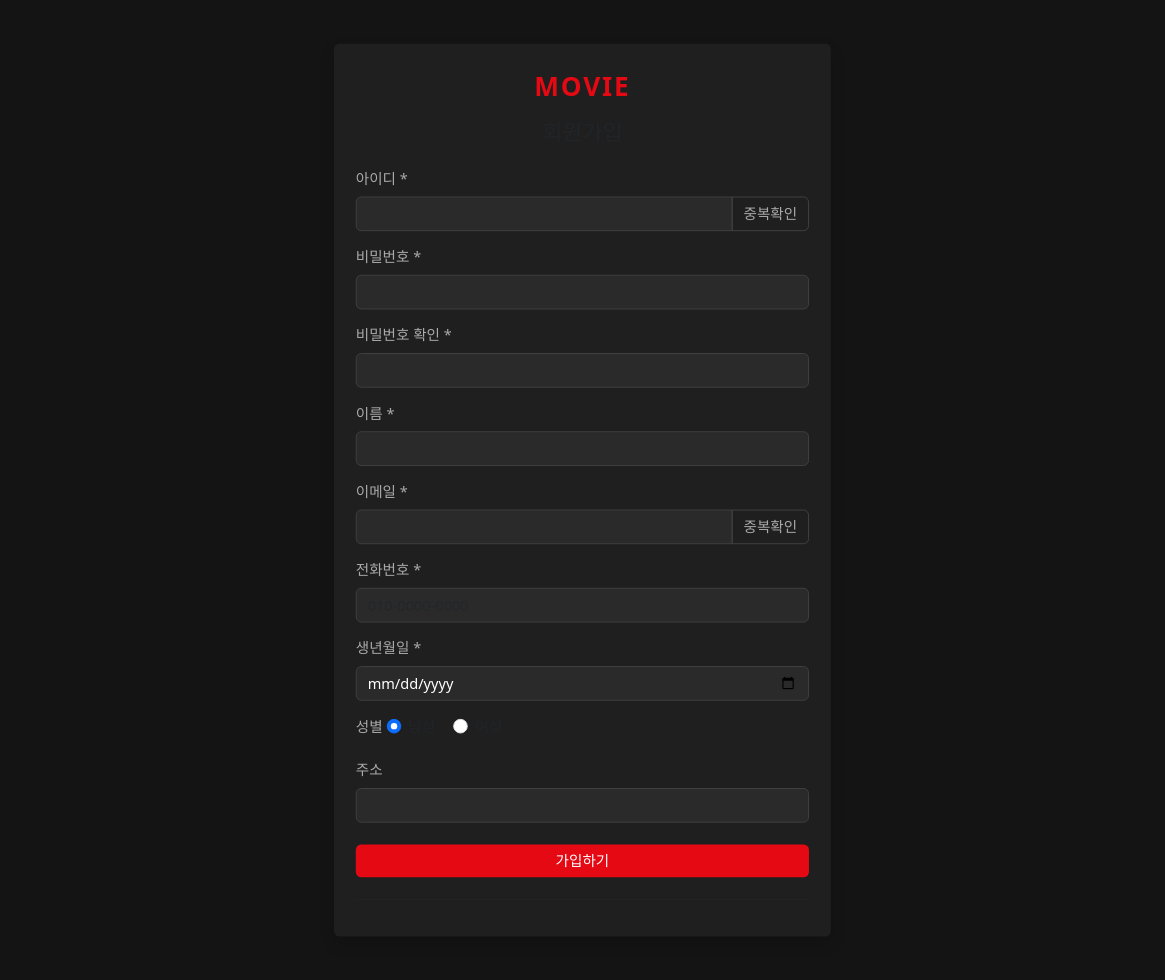
Repository: Se-Jong-Park/InsideReview
Page: http://localhost/moviejoin/WEB-INF/views/user/form.jsp
These files come from the project's save history. The page is drawn as it stood at one moment and after the next save; the edit follows.
The browser window is 1280 px wide. The pictures show the whole page, at 91% of full size.
The page is served by Tomcat 9. Nobody is signed in. Other server files are loaded and not shown. The template is opened directly, without the code that normally fills it, so the values that code supplies are empty.

Above is the page before, as saved 2026-03-18 16:14:19.

### moviejoin/src/main/webapp/WEB-INF/views/user/form.jsp
<%@ page language="java" contentType="text/html; charset=UTF-8" pageEncoding="UTF-8"%>
<%@ taglib prefix="c" uri="http://java.sun.com/jsp/jstl/core" %>
<!DOCTYPE html>
<html>
<head>
<meta charset="UTF-8">
<title>회원가입</title>
<link rel="stylesheet" href="https://cdn.jsdelivr.net/npm/bootstrap@5.3.0/dist/css/bootstrap.min.css">
<style>
    body {background-color:#141414; color: white; }
    .card {background-color: #1f1f1f; border: none;}
    .form-control{
        background-color: #2a2a2a;
        border: 1px solid #444;
        color: white;
    }
    .form-control:focus {
        background-color: #2a2a2a;
        border-color: #E50914;
        color: white;
        box-shadow: none;
    }
    .form-label{color: #aaa;}
    .btn-netflix{
        background-color: #E50914;
        color: white;
        border: none;
    }
    .btn-netflix:hover{background-color: #b20710; color: white;} /* 오타 수정: backround -> background */
    .btn-outline-gray{
        background-color: transparent;
        border: 1px solid #444;
        color: #aaa;
    }
    .btn-outline-gray:hover{background-color: #2a2a2a; color: white;} /* 오타 수정: btn. -> .btn- */
    .logo{color: #E50914; font-size: 1.8rem; font-weight: bold; letter-spacing: 2px;}
    a{color: #E50914; text-decoration: none;}
    a:hover {color: #b20710;}
    small{color:#888;}
</style>
</head>
<body>

<div class="container py-5">
    <div class="row justify-content-center">
        <div class="col-md-6">
            <div class="card shadow p-4"> <div class="text-center mb-3">
                    <span class="logo">MOVIE</span>
                </div>
                <h4 class="text-center mb-4">회원가입</h4>

                <c:if test="${not empty msg}">
                    <div class="alert alert-danger">${msg}</div>
                </c:if>

                <form action="join" method="post"> <div class="mb-3">
                    <label class="form-label">아이디 *</label>
                    <div class="input-group">
                        <input type="text" name="uid" id="uid" class="form-control" maxlength="15" required>
                        <button type="button" class="btn btn-outline-gray" onclick="IdCheck()">중복확인</button>
                    </div>
                    <small id="idMsg"></small>
                </div>

                <div class="mb-3">
                    <label class="form-label">비밀번호 *</label>
                    <input type="password" name="upw" id="upw" class="form-control" required>
                </div>

                <div class="mb-3">
                    <label class="form-label">비밀번호 확인 *</label>
                    <input type="password" id="upwConfirm" class="form-control" required>
                </div>

                <div class="mb-3">
                    <label class="form-label">이름 *</label>
                    <input type="text" name="uname" class="form-control" maxlength="15" required>
                </div>
                <div class="mb-3">
                    <label class="form-label">이메일 *</label>
                    <div class="input-group">
                        <input type="email" name="umail" id="umail" class="form-control" maxlength="50" required>
                        <button type="button" class="btn btn-outline-gray" onclick="mailCheck()">중복확인</button> </div>
                    <small id="mailMsg"></small>
                </div>

                <div class="mb-3">
                    <label class="form-label">전화번호 *</label>
                    <input type="text" name="uphone" class="form-control" maxlength="13" placeholder="010-0000-0000" required>
                </div>
                <div class="mb-3">
                    <label class="form-label">생년월일 *</label>
                    <input type="date" name="ubirth" class="form-control" required>
                </div>
                <div class="mb-3">
                    <label class="form-label">성별</label>
                    <div class="form-check form-check-inline">
                        <input type="radio" name="ugender" value="M" class="form-check-input" id="male" checked>
                        <label class="form-check-label" for="male">남성</label>
                    </div>
                    <div class="form-check form-check-inline">
                        <input type="radio" name="ugender" value="F" class="form-check-input" id="female">
                        <label class="form-check-label" for="female">여성</label>
                    </div>
                </div>

                <div class="mb-4">
                    <label class="form-label">주소</label>
                    <input type="text" name="uaddr" class="form-control"> </div>

                <div class="d-grid">
                    <button type="submit" class="btn btn-netflix" onclick="return validateForm()">가입하기</button>
                </div>
                </form>
                <hr style="border-color: #333;" class="mt-4">
                <p class="text-center mb-0" style="color: #aaa;">
                </p>
			</div>
        </div>
    </div>
</div>

</body>
</html>

After the next save:
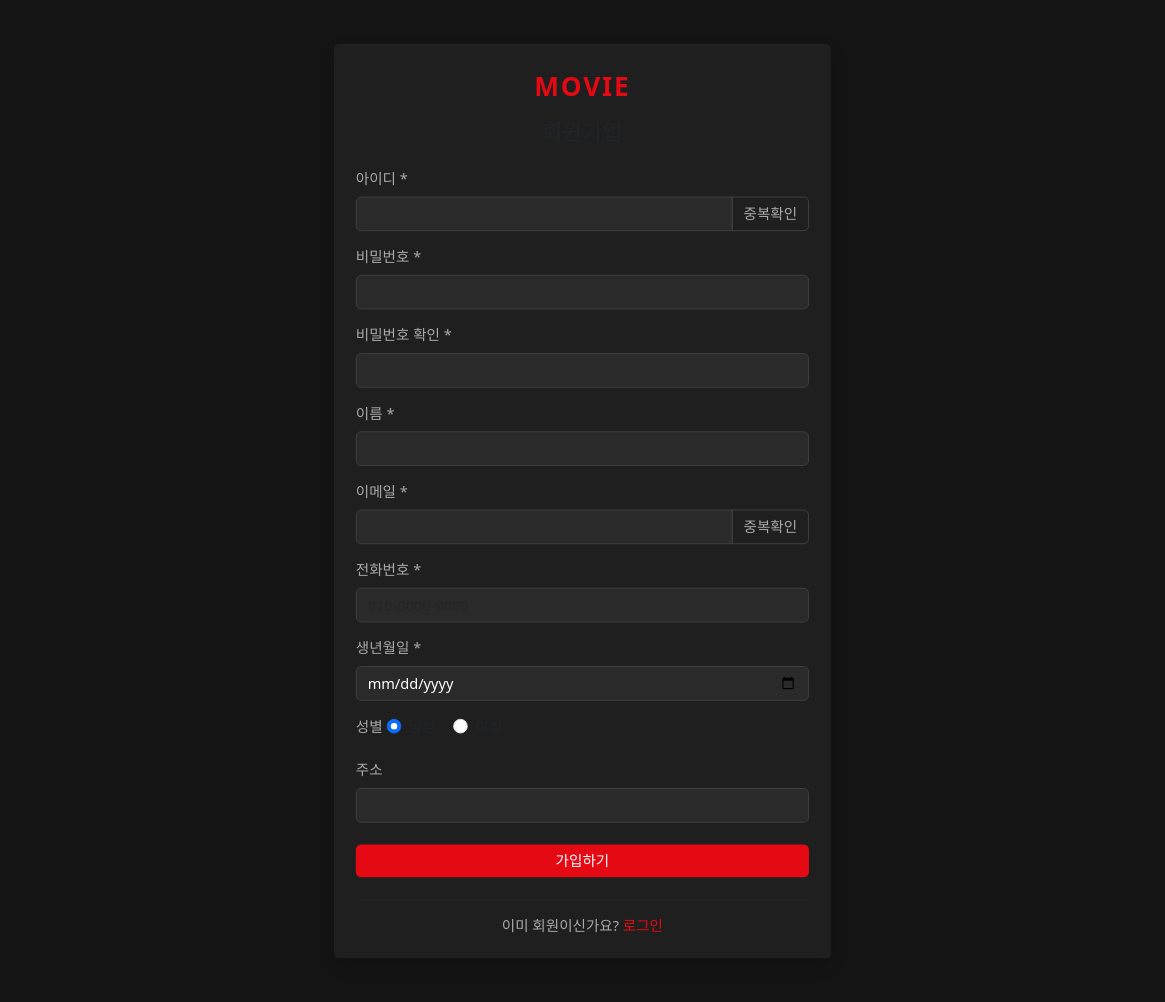
Saved 42 s later.
--- a/moviejoin/src/main/webapp/WEB-INF/views/user/form.jsp
+++ b/moviejoin/src/main/webapp/WEB-INF/views/user/form.jsp
@@ -114,6 +114,7 @@
                 </form>
                 <hr style="border-color: #333;" class="mt-4">
                 <p class="text-center mb-0" style="color: #aaa;">
+                	이미 회원이신가요? <a href="/user/logForm">로그인</a>
                 </p>
 			</div>
         </div>
